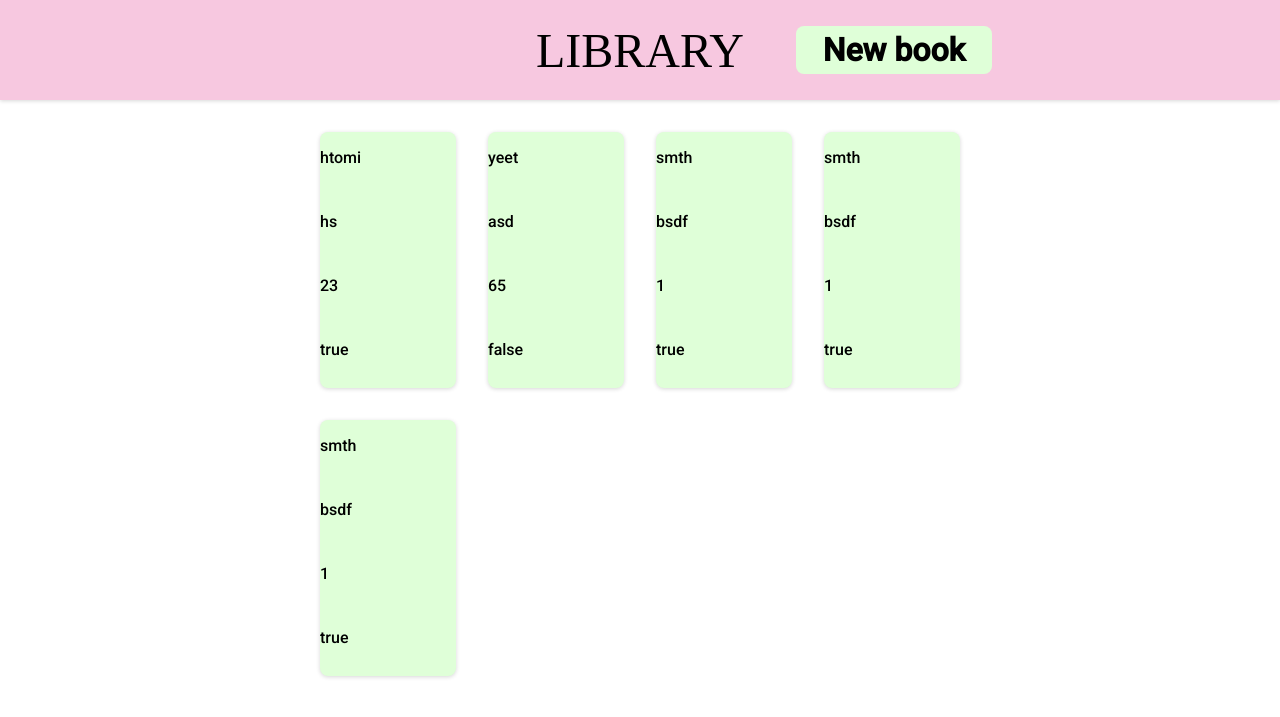
Repository: yeetzpxoci/library
Page: index.html
An editor plug-in stored every save of this project. The page is shown before and after the next save, followed by the edit.
The browser window is 1280 px wide. The pictures show the whole page.
Some web fonts or font styles are not loaded; a fallback is used.

Above is the page before, as saved 2023-02-21 15:40:28.

### index.html
<!DOCTYPE html>
<html lang="en">
<head>
    <meta charset="UTF-8">
    <meta http-equiv="X-UA-Compatible" content="IE=edge">
    <meta name="viewport" content="width=device-width, initial-scale=1.0">
    <title>Library</title>
    <link rel="stylesheet" href="styles.css">
    <link rel="preconnect" href="https://fonts.googleapis.com">
    <link rel="preconnect" href="https://fonts.gstatic.com" crossorigin>
    <link href="https://fonts.googleapis.com/css2?family=Roboto:wght@500&display=swap" rel="stylesheet">
    <link href="https://fonts.googleapis.com/css2?family=Gloock&display=swap" rel="stylesheet">
</head>
<body>
    <div class="header">
        <p></p>
        <p>LIBRARY</p>
        <button onclick="addBookToLibrary()" id="addBook">New book</button>
    </div>

    <form>
        <fieldset>
            <label for="title">Title</label>
            <input type="text" name="title" id="title">
            <label for="author">Author</label>
            <input type="text" name="author" id="author">
            <label for="pages">Pages</label>
            <input type="number" name="pages" id="pages">
            <label for="read">Have you read the book?</label>
            <input type="checkbox" name="read" id="read">
        </fieldset>
    </form>

    <div id="cards">

    </div>
<script src="script.js"></script>
</body>
</html>

### styles.css
html, body {
    margin: 0;
    padding: 0;
}

body {
    display: flex;
    flex-direction: column;
    align-items: center;
    min-height: 100vh;
    background-color: white;
}

.header {
    display: flex;
    align-items: center;
    justify-content: center;
    width: 100%;
    height: 100px;
    background-color: #F7C8E0;
    box-shadow: rgba(0, 0, 0, 0.16) 0px 1px 4px;
}

.header p {
    font-family: 'Gloock', serif;
    font-size: 48px;
}

#addBook {
    position: absolute;
    right: 288px;
    font-size: 32px;
    font-family: 'Roboto', sans-serif;
    font-weight: bold;
    background-color: #DFFFD8;
    height: 48px;
    width:196px;
    border-radius: 8px;
    border-width: 0px;
}

#cards {
    display: grid;
    width: 50%;
    grid-template-columns: 1fr 1fr 1fr 1fr;
    gap: 32px;
    margin-top: 32px;
}

.card {
    width: 100%;
    height: 256px;
    background-color: #DFFFD8;
    font-family: 'Roboto', sans-serif;
    border-radius: 8px;
    border-width: 0px;
    align-self: center;
    justify-self: center;
    box-shadow: rgba(0, 0, 0, 0.16) 0px 1px 4px;
    display: grid;
    grid-template-rows: 1fr 1fr 1fr 1fr;
}


form {
    display: none;
}

### script.js
const title = document.getElementById("title").value
const author = document.getElementById("author").value
const pages = document.getElementById("pages").value
const read = document.getElementById("read").checked
const cards = document.getElementById("cards")

let myLibrary = [];

function Book(title, author, pages, read) {
    this.title = title;
    this.author = author;
    this.pages = pages;
    this.read = read;
    this.info = function () {
        return title + " by " + author + ", " + String(pages) + " pages, not read yet"
    }
}

function addBookToLibrary() {
    let book = new Book(title, author, pages, read);
    myLibrary.push(book);
    console.log(myLibrary.length)
}

function addBookInfo(div, book) {
    const newTitle = document.createElement("p");
    newTitle.innerHTML = book.title;
    const newAuthor = document.createElement("p");
    newAuthor.innerHTML = book.author;
    const newPages = document.createElement("p");
    newPages.innerHTML = book.pages;
    const newRead = document.createElement("p");
    newRead.innerHTML = book.read;
    div.appendChild(newTitle);
    div.appendChild(newAuthor);
    div.appendChild(newPages);
    div.appendChild(newRead);
}

function displayBooks() {
    for (let i = 0; i < myLibrary.length; i++) {
        const newDiv = document.createElement("div");
        newDiv.setAttribute("class", "card");
        addBookInfo(newDiv, myLibrary[i]);
        cards.appendChild(newDiv);
    }
}

let book1 = new Book("htomi" , "hs", 23, true);
let book2 = new Book("yeet", "asd", 65, false);
let book3 = new Book("smth", "bsdf", 1, true);
let book4 = new Book("smth", "bsdf", 1, true);
let book5 = new Book("smth", "bsdf", 1, true);
myLibrary.push(book1, book2, book3, book4, book5);
displayBooks();

After the next save:
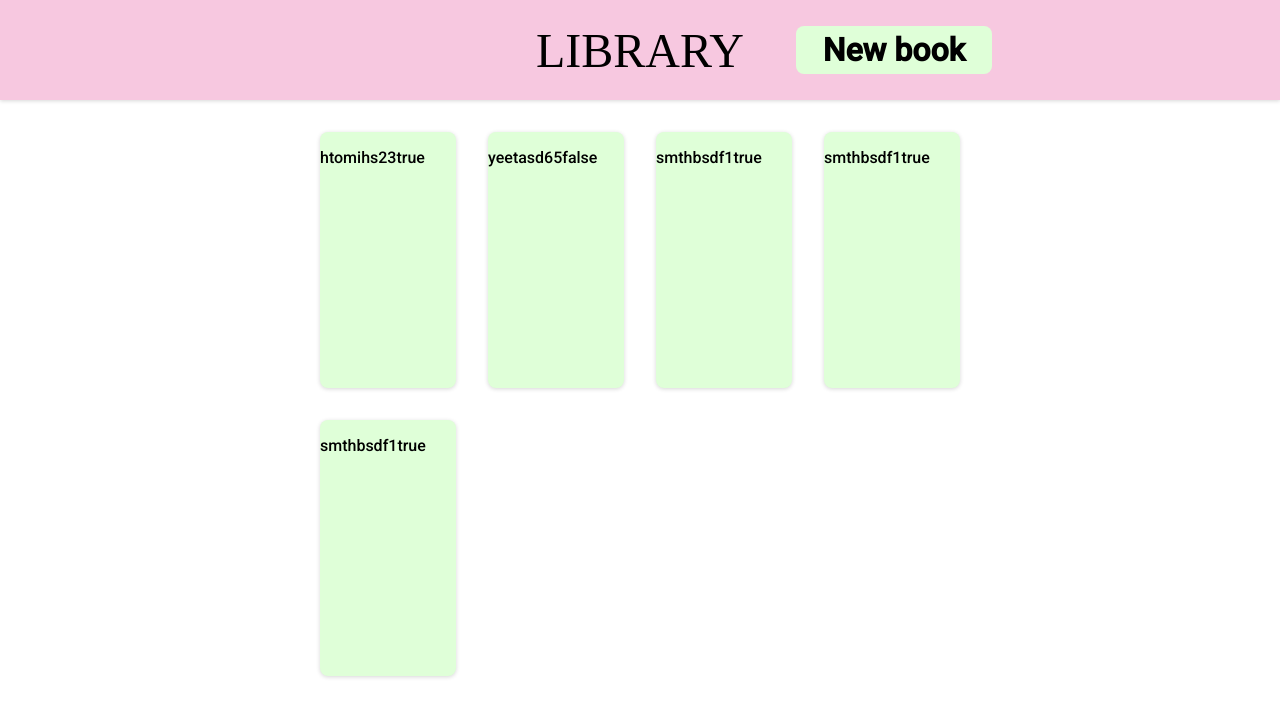
Saved 42 s later.
--- a/styles.css
+++ b/styles.css
@@ -57,8 +57,7 @@ body {
     align-self: center;
     justify-self: center;
     box-shadow: rgba(0, 0, 0, 0.16) 0px 1px 4px;
-    display: grid;
-    grid-template-rows: 1fr 1fr 1fr 1fr;
+    display: flex;
 }
 
 
